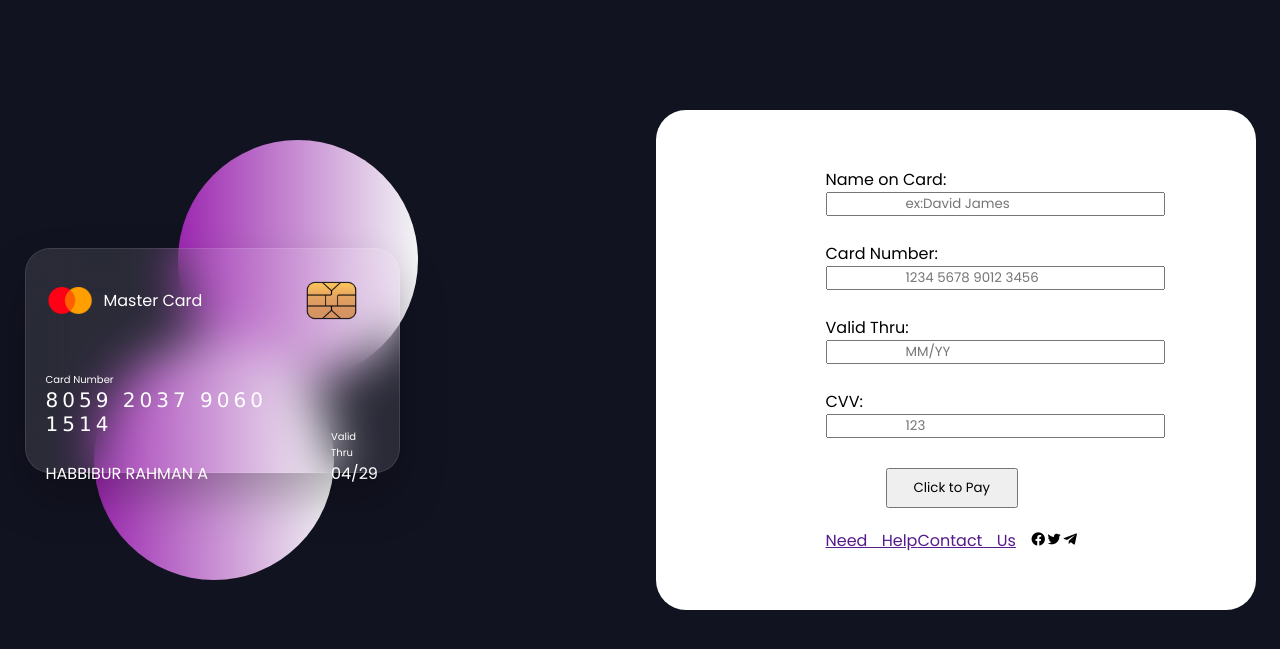
Repository: Habeebur1493/-002-Prompt
Page: index.html
These files come from the project's save history. The page is drawn as it stood at one moment and after the next save; the edit follows.
The browser window is 1280 px wide. The pictures show the whole page.

Above is the page before, as saved 2024-09-11 01:35:58.

After the next save:
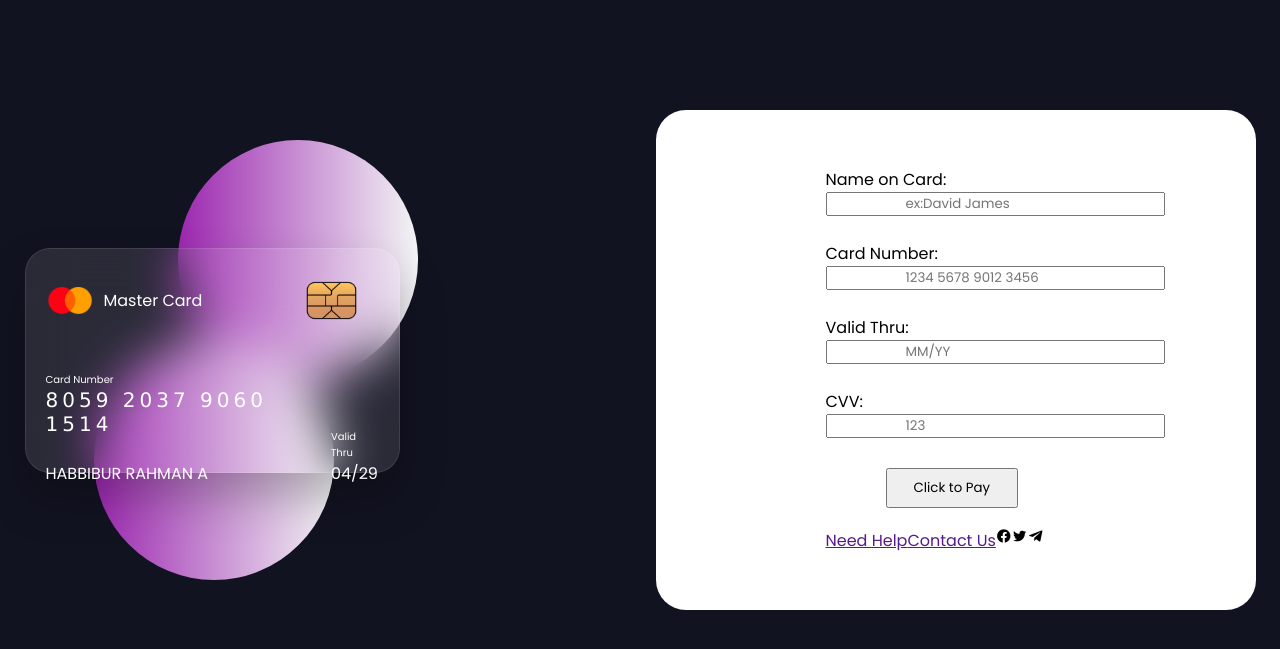
Saved 25 s later.
--- a/style.css
+++ b/style.css
@@ -194,6 +194,7 @@
 
 .data{
     margin-top: 20px;
-    gap: 10px;
-    word-spacing: 10px;
-}
+    display: flex;
+    justify-content: space-between;
+
+}
